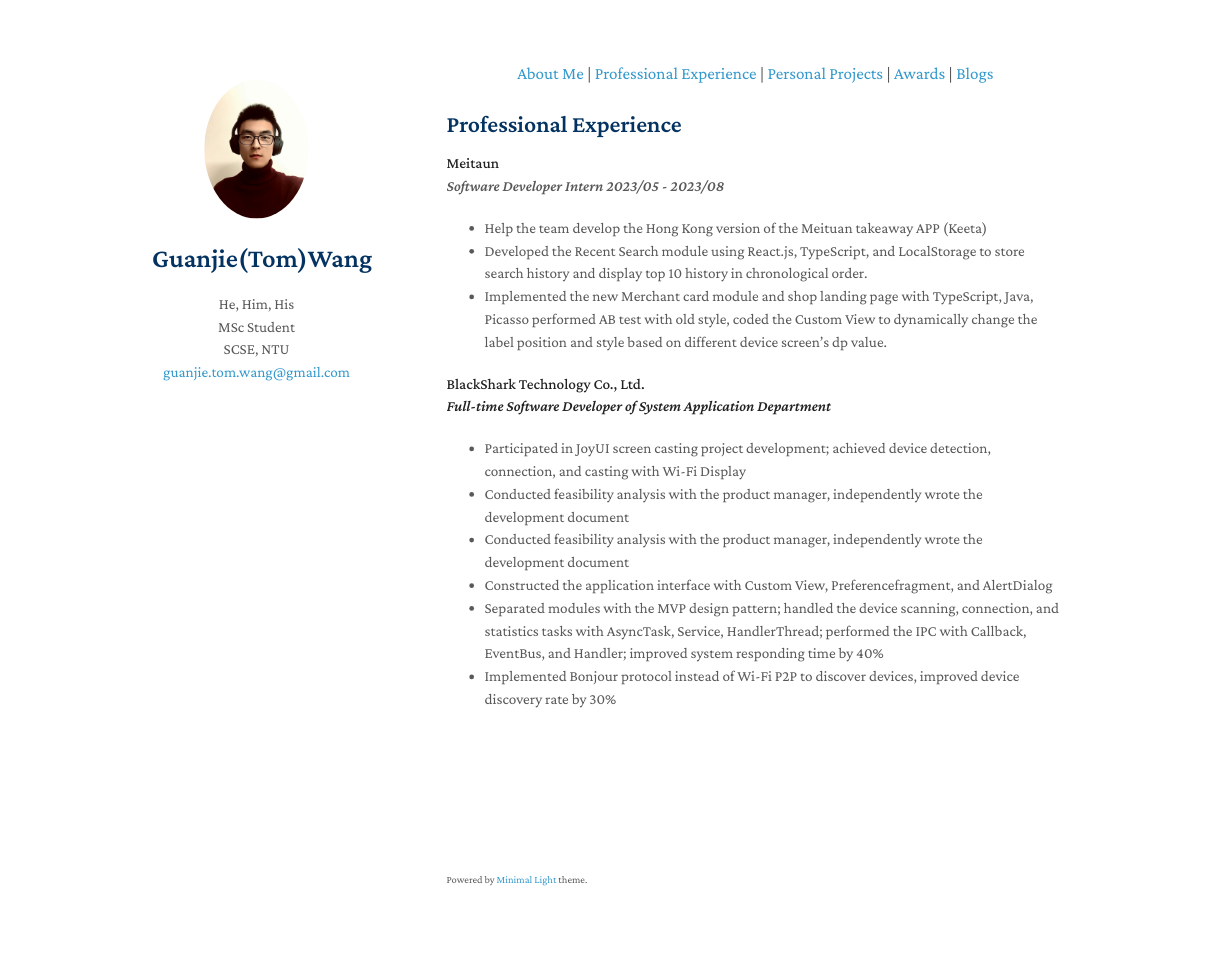
Repository: guanjie01/aboutme
Page: html/professional.html
An editor plug-in stored every save of this project. The page is shown before and after the next save, followed by the edit.
The browser window is 1280 px wide. The pictures show the whole page, at 95% of full size.

Above is the page before, as saved 2023-07-30 22:32:34.

After the next save:
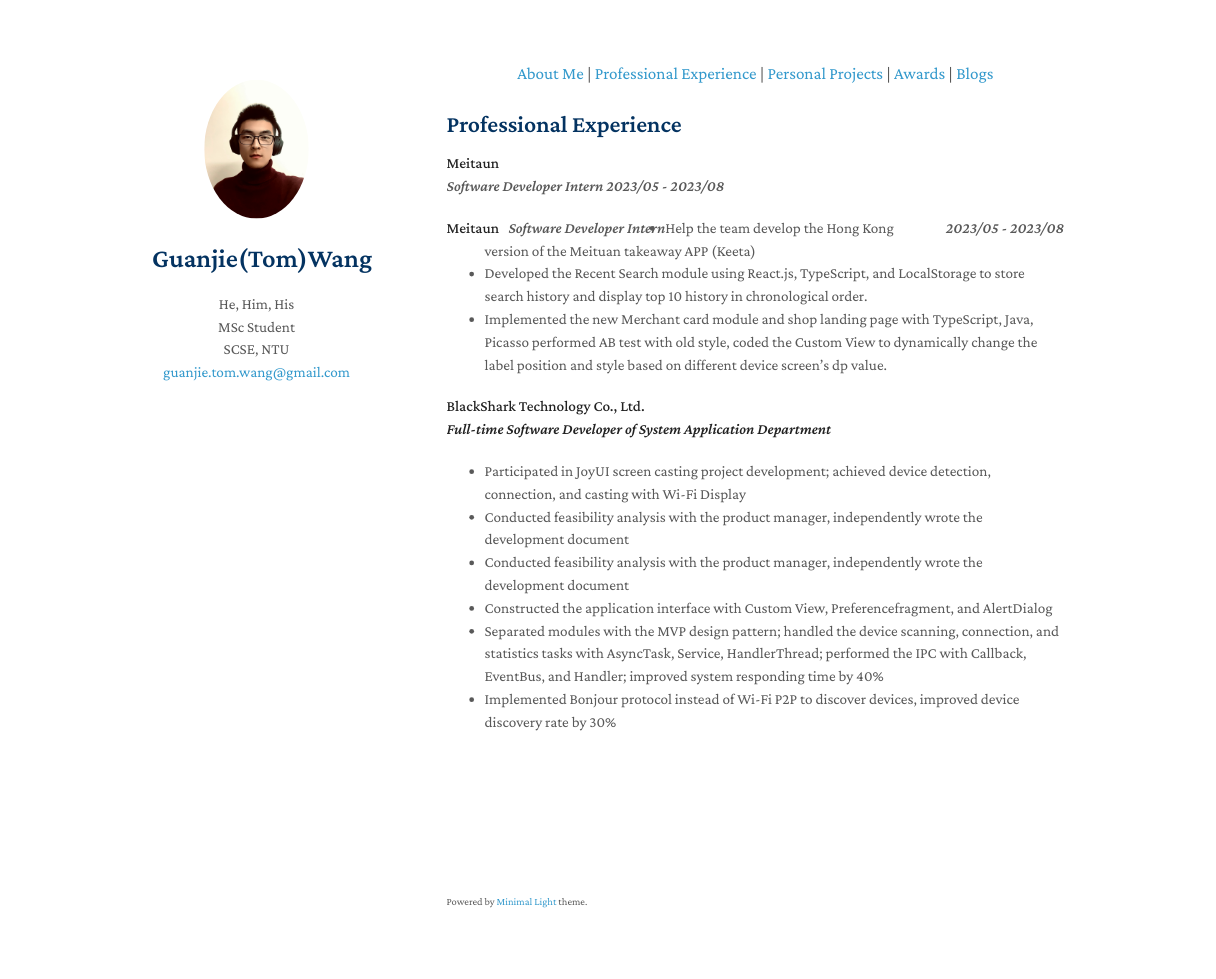
Saved 4 s later.
--- a/html/professional.html
+++ b/html/professional.html
@@ -78,6 +78,14 @@
             <em style = "margin-right: 0"> 2023/05 - 2023/08</em>
           </span>
         </p>
+        <p>
+          <strong style="float:left;margin-right:10px;">Meitaun<br></strong>
+
+          <em style="float:left;">Software Developer Intern</em>
+
+          <em style="float:right;margin-left:10px;">2023/05 - 2023/08</em>
+         </p>
+
         <ul>
           <li>
             Help the team develop the Hong Kong version of the Meituan takeaway APP (Keeta)

After the save that followed:
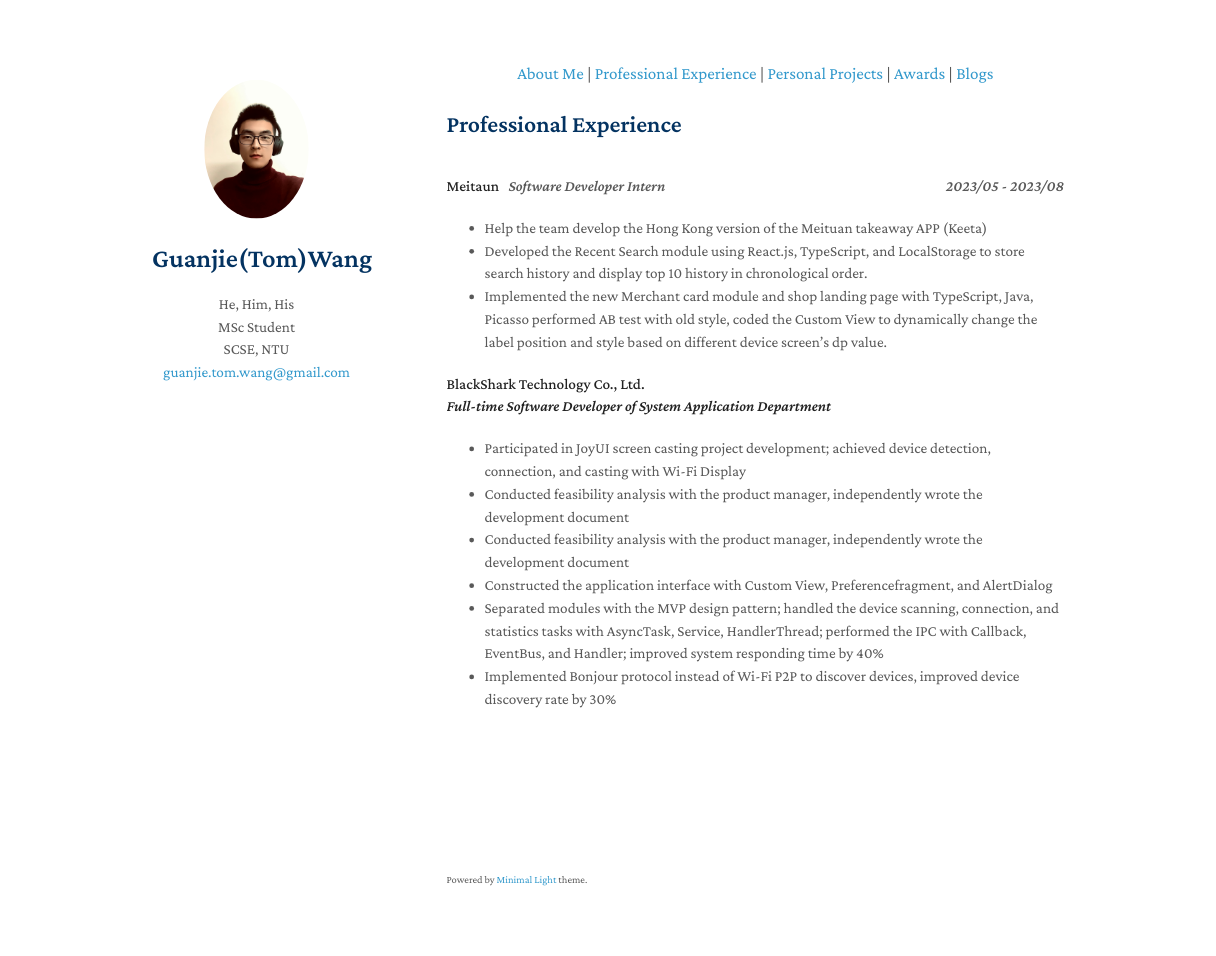
Saved 47 s later.
--- a/html/professional.html
+++ b/html/professional.html
@@ -70,20 +70,14 @@
       <br />
       <div id="work-experience">
         <h2>Professional Experience</h2>
-       <p>
 
-          <strong>Meitaun<br /></strong>
-            <span >
-            <em style="margin-left:0">Software Developer Intern </em>
-            <em style = "margin-right: 0"> 2023/05 - 2023/08</em>
-          </span>
-        </p>
-        <p>
+        <br>
           <strong style="float:left;margin-right:10px;">Meitaun<br></strong>
 
           <em style="float:left;">Software Developer Intern</em>
 
           <em style="float:right;margin-left:10px;">2023/05 - 2023/08</em>
+      </br>
          </p>
 
         <ul>
